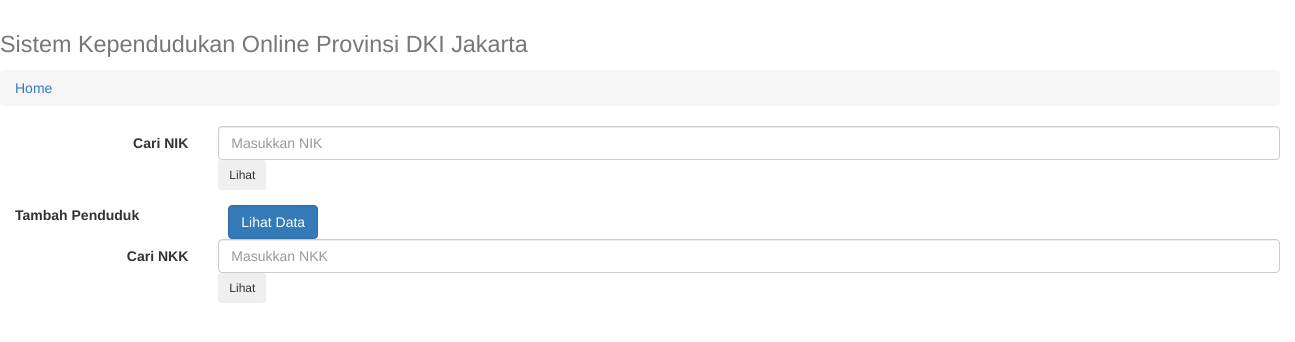
Repository: apap-2017/tugas1_1406544135
Page: http://localhost/index
These files come from the project's save history. The page is drawn as it stood at one moment and after the next save; the edit follows.
The browser window is 1280 px wide. The page is 1295 px wide, so the pictures cover 1295 px, including what lies to the right of the window. The pictures show the whole page.
The page is this project's Thymeleaf template; nobody is signed in. The template is opened directly, without the code that normally fills it, so the values that code supplies are empty.

Above is the page before, as saved 2017-10-22 06:43:03.

### Tugas1_1406544135/src/main/resources/templates/index.html
<!DOCTYPE HTML>
<html xmlns="http://www.w3.org/1999/xhtml"
	xmlns:th="http://www.thymeleaf.org">
<head>
<title>Siduk DKI</title>
<meta http-equiv="Content-Type" content="text/html; charset=UTF-8" />
<link href="../../static/css/bootstrap.min.css" rel="stylesheet"
	th:href="@{/css/bootstrap.min.css}" />
</head>

<body>
	<section class="content-header">
		<h1>
			<small>Sistem Kependudukan Online Provinsi DKI Jakarta</small>
		</h1>

		<ol class="breadcrumb">
			<li><a th:href="@{/}">Home</a></li>
		</ol>
	</section>

	<form class="form-horizontal" action="/penduduk" method="get">
		<div class="form-group">
			<label class="col-sm-2 control-label">Cari NIK</label>
			<div class="col-sm-10">
				<input type="text" name="nik" class="form-control"
					placeholder="Masukkan NIK" />
				<button type="submit" class="btn btn-sm bg-teal pull-left"
					name="action" value="save">Lihat</button>
				<label th:text="${errorNIKArgs}"></label>
			</div>
		</div>
	</form>


	<div class="form-group">
		<label class="col-sm-2 control-label">Tambah Penduduk</label>
		<div class="col-sm-10">
			<div class="pull-left">
				<a th:href="@{/penduduk/tambah}"
					class="btn btn-primary btn-block btn-flat">Lihat Data</a>
			</div>
			<label th:text="${errorNIKArgs}"></label>
		</div>
	</div>

	<form class="form-horizontal" action="/keluarga" method="get">
		<div class="form-group">
			<label class="col-sm-2 control-label">Cari NKK</label>
			<div class="col-sm-10">
				<input type="text" name="nkk" class="form-control"
					placeholder="Masukkan NKK" />
				<button type="submit" class="btn btn-sm bg-teal pull-left"
					name="action" value="save">Lihat</button>
				<label th:text="${errorNKKArgs}"></label>
			</div>
		</div>
	</form>

</body>

</html>

Loaded but not shown: Tugas1_1406544135/src/main/resources/static/css/bootstrap.min.css (library)

After the next save:
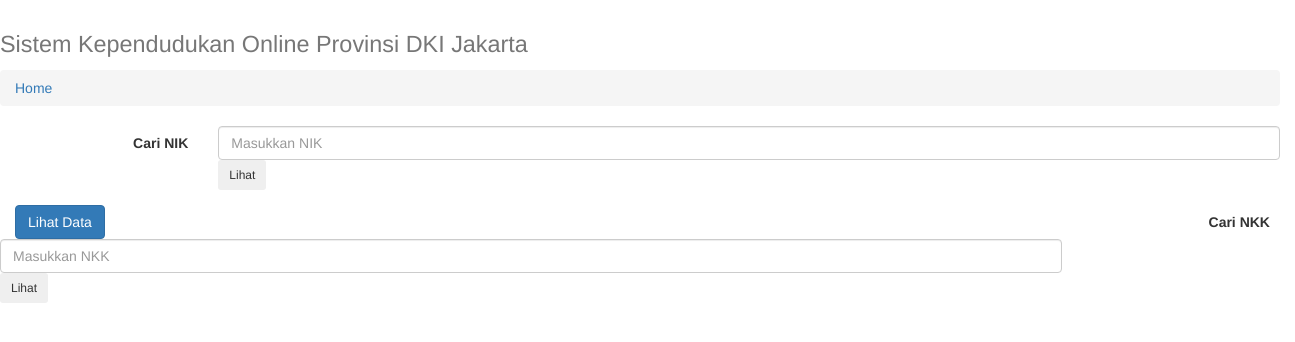
Saved 18 s later.
--- a/Tugas1_1406544135/src/main/resources/templates/index.html
+++ b/Tugas1_1406544135/src/main/resources/templates/index.html
@@ -34,7 +34,6 @@
 
 
 	<div class="form-group">
-		<label class="col-sm-2 control-label">Tambah Penduduk</label>
 		<div class="col-sm-10">
 			<div class="pull-left">
 				<a th:href="@{/penduduk/tambah}"
